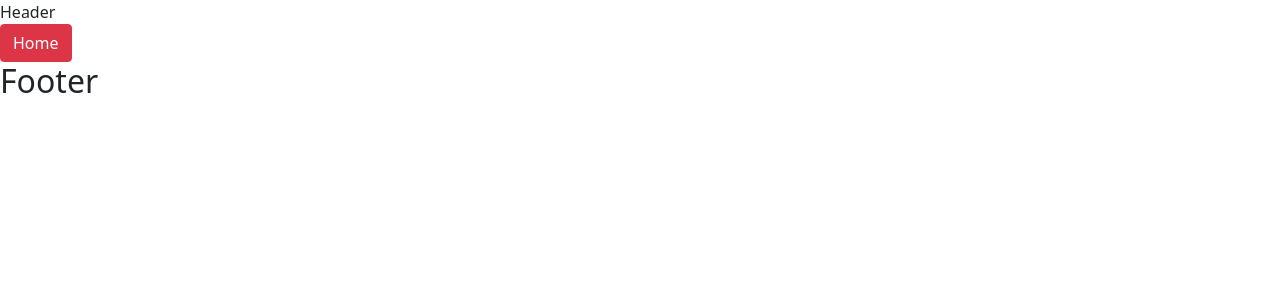
Repository: FS-23/php-getstarted
Page: http://localhost/pages/home.php
The author's editor kept a copy of each file at every save. The page is drawn from the files as they stood at one save, then again after a run of saves.
The browser window is 1280 px wide. The pictures show the whole page.
The page is run by PHP 8.4 with error messages shown; the project is at /var/www/html/.

Above is the page before, as saved 2022-05-27 15:01:10.

### demoAPP/pages/home.php

<?php require_once '../layouts/header.php' ?>
<button class="btn btn-danger">Home</button>
<?php require_once '../layouts/footer.php' ?>

### demoAPP/layouts/header.php

<link rel="stylesheet" href="https://cdn.jsdelivr.net/npm/bootstrap@5.1.3/dist/css/bootstrap.min.css">

<div>Header</div>

### demoAPP/layouts/footer.php
<div>
    <h2>Footer</h2>
</div>
<script scr="https://cdn.jsdelivr.net/npm/bootstrap@5.1.3/dist/css/bootstrap.min.js"></script>

After the next 2 saves:
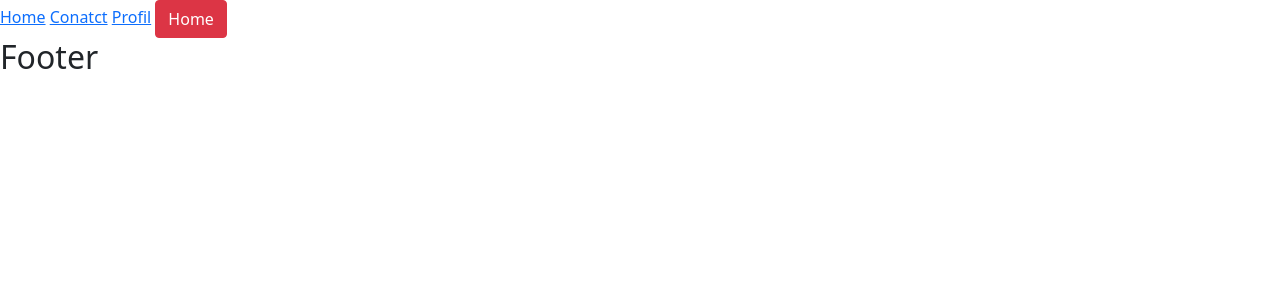
The 2 saves are shown as one change because they came seconds apart.
The last was saved 3 min 9 s later.
--- a/demoAPP/layouts/header.php
+++ b/demoAPP/layouts/header.php
@@ -1,4 +1,5 @@
 
 <link rel="stylesheet" href="https://cdn.jsdelivr.net/npm/bootstrap@5.1.3/dist/css/bootstrap.min.css">
-
-<div>Header</div>
+<a href="/pages/home.php">Home</a>
+<a href="/pages/contact.php">Conatct</a>
+<a href="/pages/profil.php">Profil</a>
